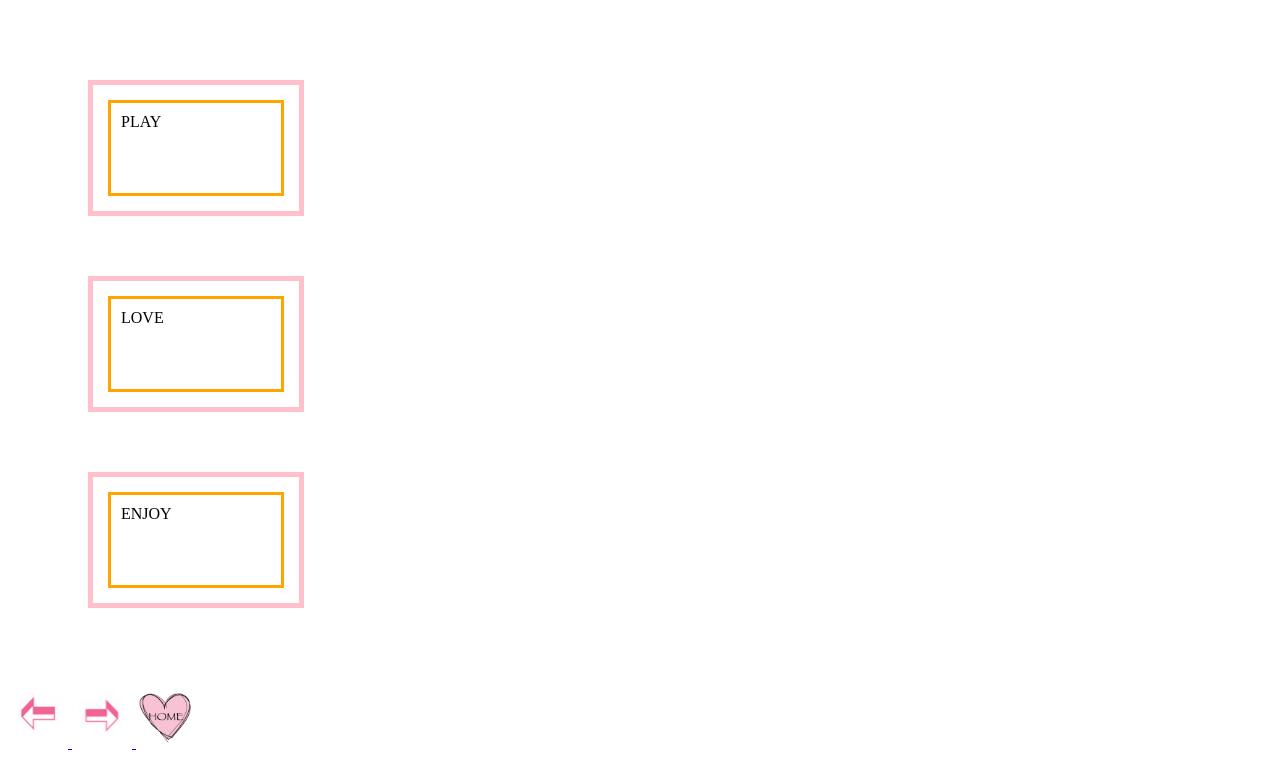
Repository: hyereechoi/hyereechoi.github.io
Page: h2.html
The author's editor kept a record of every edit. The page is drawn from the files as they stood at one moment, then again after the next edit.
The browser window is 1280 px wide. The pictures show the whole page.

Above is the page before.

After the next edit:
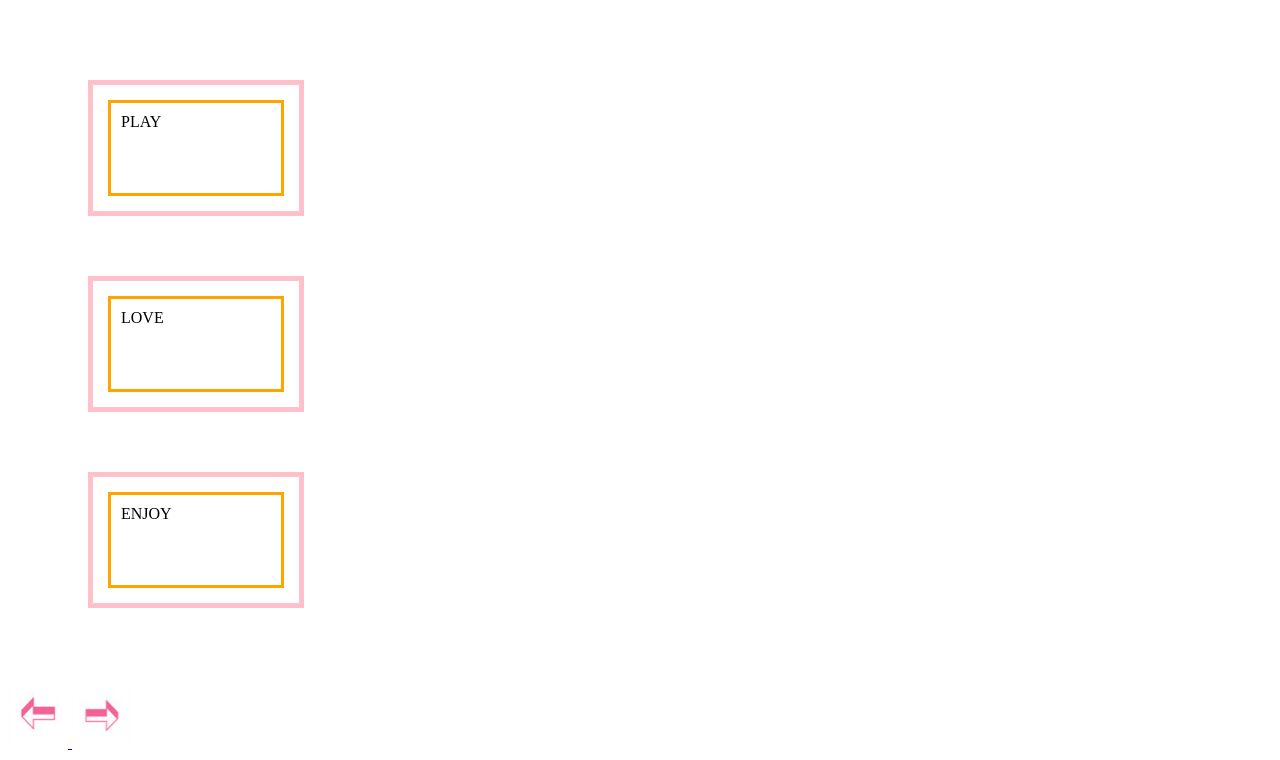
The edit:
--- a/h2.html
+++ b/h2.html
@@ -63,9 +63,6 @@
 <img src="next.jpg" style="width:60px;height:60px;border:0">
 </a>
 
-<a href="index.html">
-<img src="home.jpg" style="width:60px;height:60px;border:0">
-</a>
 
 
 </body>
